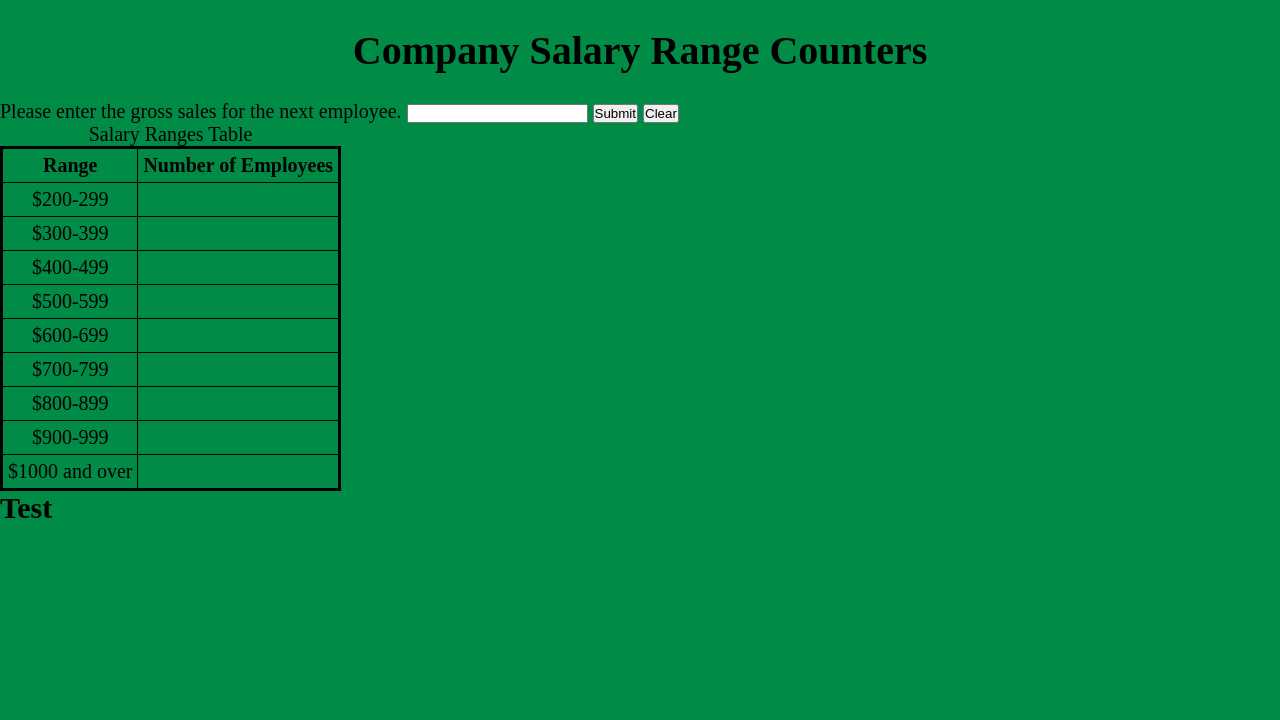
Repository: mlmEFSC21/P17-Sales-Commision
Page: sales.html
These files come from the project's save history. The page is drawn as it stood at one moment and after the next save; the edit follows.
The browser window is 1280 px wide. The pictures show the whole page.

Above is the page before, as saved 2022-04-02 08:19:37.

### sales.html
<!DOCTYPE html>
<html lang="en">
    <head>
        <meta charset="UTF-8" />
        <meta http-equiv="X-UA-Compatible" content="IE=edge" />
        <meta name="viewport" content="width=device-width, initial-scale=1.0" />
        <link rel="stylesheet" href="sales.css" />
        <script defer src="sales.js"></script>
        <title>Company Salary Range Counters</title>
    </head>
    <body>
        <header class="mainHeader">
            <h1>Company Salary Range Counters</h1>
        </header>
        <section class="mainContent">
            <div class="formContainer" id="formContainer">
                <form class="salaryForm" id="salaryForm">
                    <label for="grossSales"
                        >Please enter the gross sales for the next employee.</label
                    >
                    <input type="text" name="grossSales" class="salesInp" id="salesInp" required />
                    <button type="submit" class="submit-btn" id="submit-btn">Submit</button>
                    <button type="reset" class="clear-btn" id="clear-btn">Clear</button>
                </form>
            </div>
            <div class="currentSalary">
                <h2>Test</h2>
            </div>
            <div class="tableContainer" id="tableContainer">
                <table>
                    <caption>
                        Salary Ranges Table
                    </caption>
                    <thead>
                        <tr>
                            <th>Range</th>
                            <th>Number of Employees</th>
                        </tr>
                    </thead>
                    <tbody>
                        <tr>
                            <td>$200-299</td>
                            <td class="ranges" id="ranges"></td>
                        </tr>
                        <tr>
                            <td>$300-399</td>
                            <td class="ranges" id="ranges"></td>
                        </tr>
                        <tr>
                            <td>$400-499</td>
                            <td class="ranges" id="ranges"></td>
                        </tr>
                        <tr>
                            <td>$500-599</td>
                            <td class="ranges" id="ranges"></td>
                        </tr>
                        <tr>
                            <td>$600-699</td>
                            <td class="ranges" id="ranges"></td>
                        </tr>
                        <tr>
                            <td>$700-799</td>
                            <td class="ranges" id="ranges"></td>
                        </tr>
                        <tr>
                            <td>$800-899</td>
                            <td class="ranges" id="ranges"></td>
                        </tr>
                        <tr>
                            <td>$900-999</td>
                            <td class="ranges" id="ranges"></td>
                        </tr>
                        <tr>
                            <td>$1000 and over</td>
                            <td class="ranges" id="ranges"></td>
                        </tr>
                    </tbody>
                    <tfoot></tfoot>
                </table>
            </div>
        </section>
    </body>
</html>

### sales.css
:root {
    --clr-background: #008b47;
    --clr-primary: #f8cd24;
    --clr-secondary: #6bb64a;
}
*,
*::after,
*::before {
    box-sizing: border-box;
    margin: 0;
    padding: 0;
}
body {
    background-color: var(--clr-background);
    font-size: 20px;
}
.mainHeader {
    display: flex;
    align-items: center;
    justify-content: center;
    height: 100px;
}

.mainContent {
    display: grid;
    grid-template-rows: repeat(4/1fr);
    grid-template-columns: repeat(4/1fr);
}
.tableContainer {
    grid-column: 1/2;
    grid-row: 2/4;
}
table {
    border-collapse: collapse;
    border: 3px solid black;
}
th,
tr,
td {
    border: 1px solid black;
    margin: 5px;
    padding: 5px;
    text-align: center;
}

### sales.js
//  base salary = $200 + commission
// commission = gross sales * 9%
// range floor / 100 - 2 = index 0 - 8
// test: x1 = Math.floor(218 / 100) - 2;
// works for all ranges below the last. Just check for >1000 first.
const baseSalary = 200;
let commissionAmount = 0;
let totalSalary = 0;
let employeeNum = 0;
let salaryRanges = [0, 0, 0, 0, 0, 0, 0, 0, 0];
let weeklyGrossSales = [];

const form = document.querySelector("#salaryForm");
const salesInput = document.getElementById("salesInp");
const td = document.querySelectorAll("td#ranges");
form.addEventListener("submit", getWeeklySal);
const resetBtn = document.querySelector("#clear-btn");
resetBtn.addEventListener("click", clearAllSalaries);

function getWeeklySal(e) {
    e.preventDefault();
    employeeNum++;
    weeklyGrossSales = parseInt(salesInput.value);
    calcCommission();
    calcTotalWeeklySalary();
    calcSalaryRange(totalSalary);
    fillRangeCol();
    salesInput.value = "";
}
function calcCommission() {
    commissionAmount = weeklyGrossSales * 0.09;
}
function calcTotalWeeklySalary() {
    totalSalary = baseSalary + commissionAmount;
    console.log(totalSalary);
    console.log(salaryRanges);
}
function calcSalaryRange(totalSalary) {
    if (totalSalary >= 1000) {
        salaryRanges[8] += 1;
    } else if (totalSalary < 1000) {
        let i = Math.floor(totalSalary / 100) - 2;
        salaryRanges[i] = salaryRanges[i] + 1;
    }
}
//append the table
function fillRangeCol() {
    for (let i = 0; i < salaryRanges.length; i++) {
        td[i].innerText = salaryRanges[i];
    }
}
//reset button
function clearAllSalaries() {
    salesInput.value = "";
    salaryRanges = [0, 0, 0, 0, 0, 0, 0, 0, 0];
    weeklyGrossSales = [];
    for (let i = 0; i < salaryRanges.length; i++) {
        td[i].innerText = 0;
    }
}

console.log(salaryRanges);
console.log(weeklyGrossSales);

After the next save:
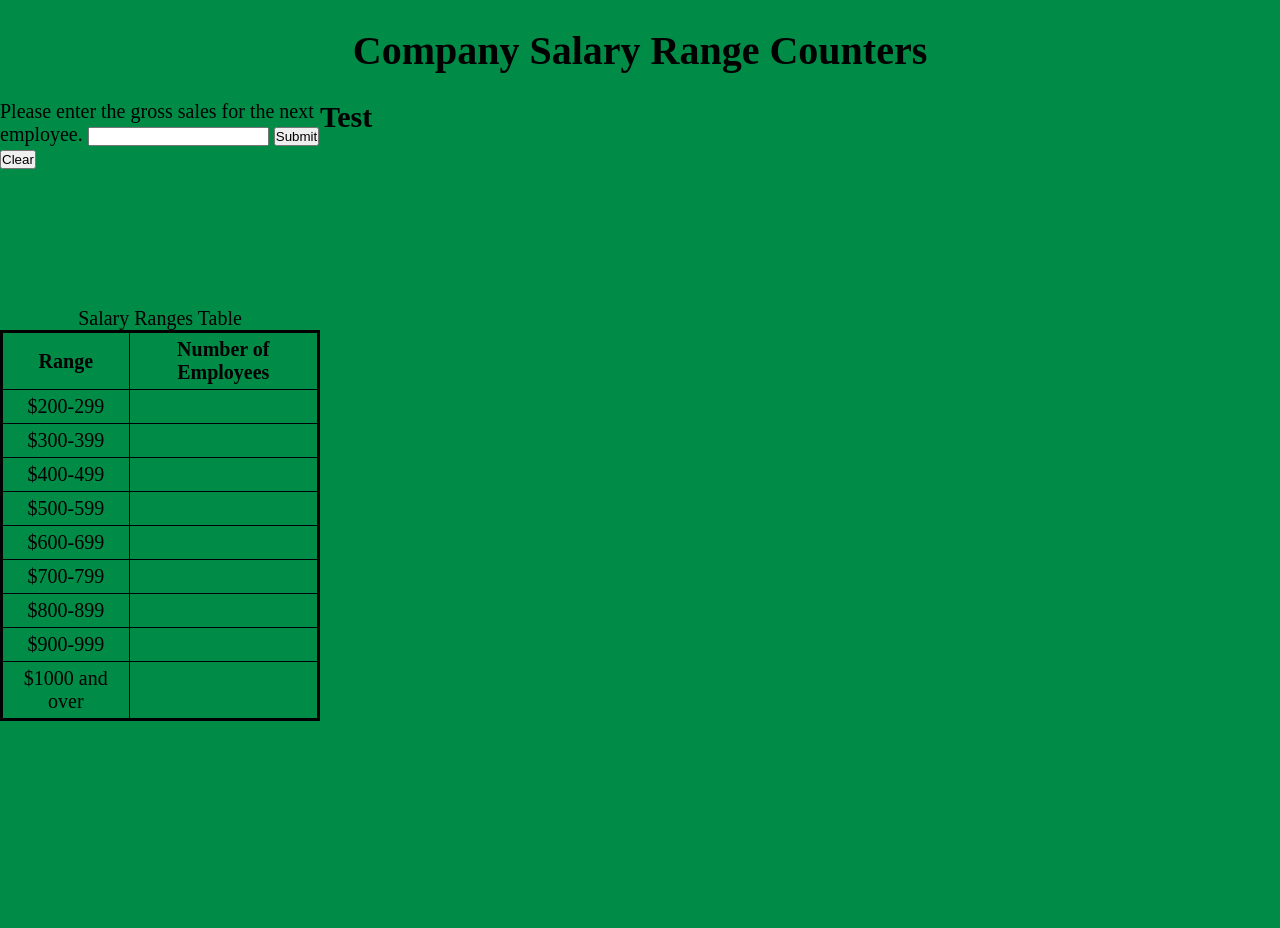
Saved 42 s later.
--- a/sales.css
+++ b/sales.css
@@ -23,8 +23,8 @@ body {
 
 .mainContent {
     display: grid;
-    grid-template-rows: repeat(4/1fr);
-    grid-template-columns: repeat(4/1fr);
+    grid-template-rows: repeat(4, 1fr);
+    grid-template-columns: repeat(4, 1fr);
 }
 .tableContainer {
     grid-column: 1/2;
